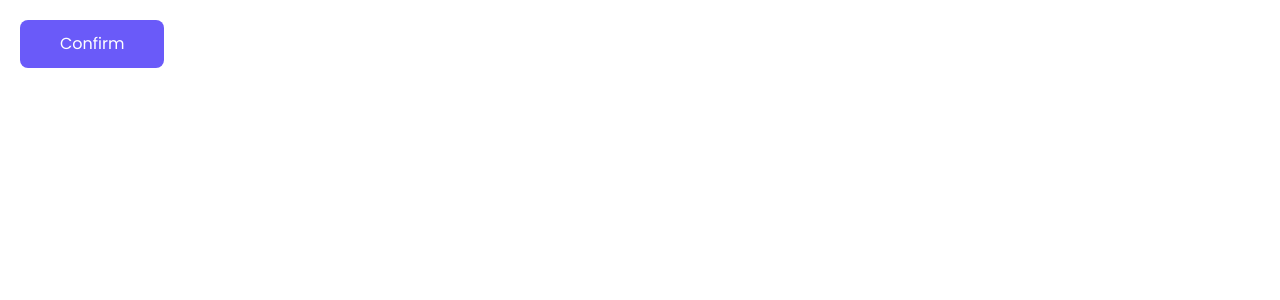
Repository: quangbeuu/Tailwind_learn
Page: Tailwind/index.html
An editor plug-in stored every save of this project. The page is shown before and after the next save, followed by the edit.
The browser window is 1280 px wide. The pictures show the whole page.

Above is the page before, as saved 2022-01-25 09:10:24.

After the next save:
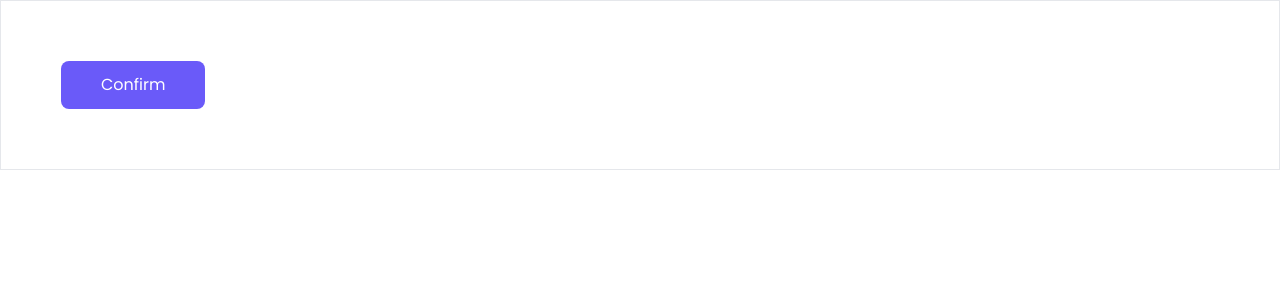
Saved 22 s later.
--- a/Tailwind/index.html
+++ b/Tailwind/index.html
@@ -44,7 +44,7 @@
         </div>
     </div> -->
     <!-- VD2: -->
-    <div>
+    <div class="p-10 border border-red">
         <button class="inline-block py-3 px-10 m-5 text-white bg-[#6A5AF9] lg:hover:bg-red-400 transition-colors rounded-lg">Confirm</button>
     </div>
 </body>
